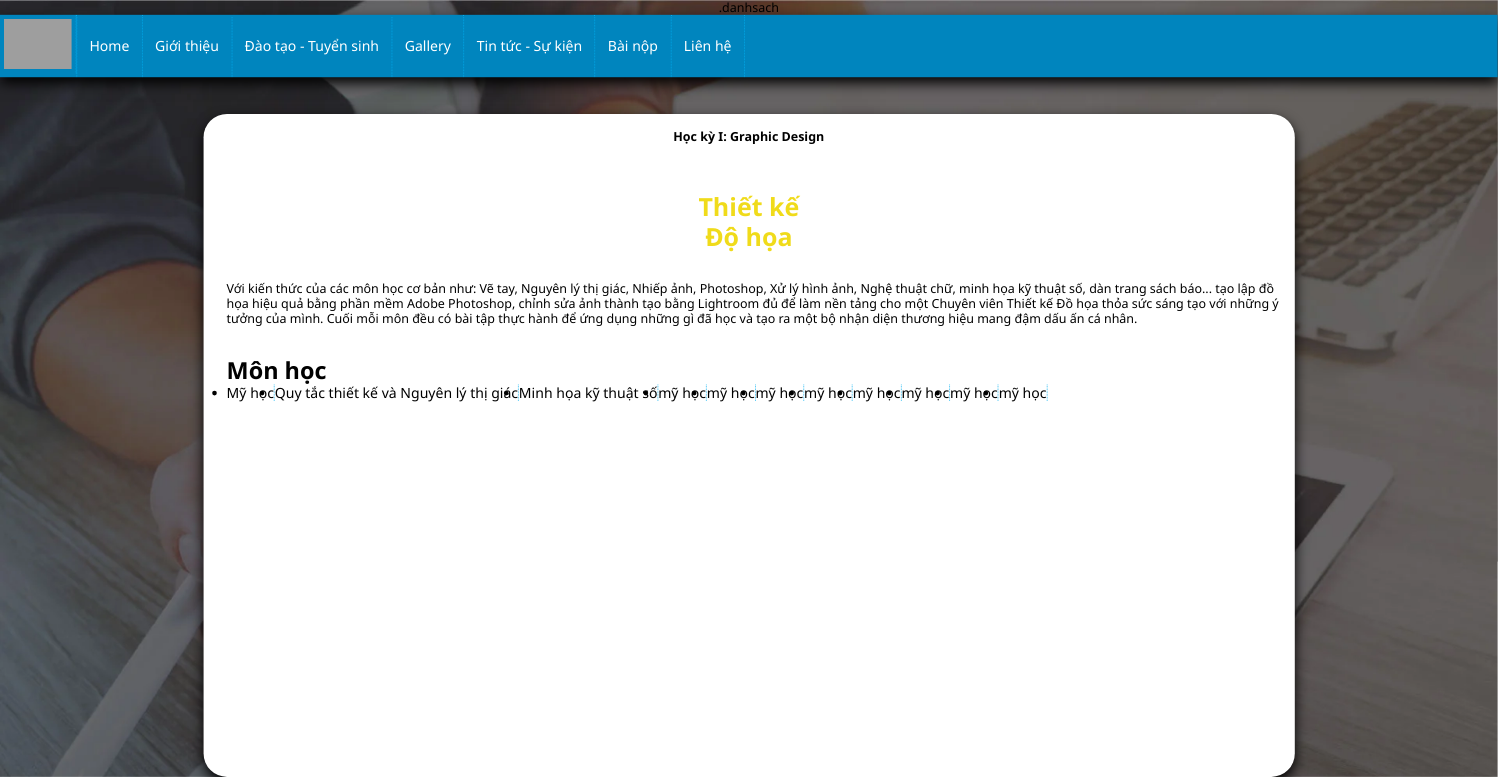
Repository: arena-dttan/dcw-final-exam-d2107m1
Page: final-list/DCW_Final_5_Nguyen-Thi-Thu-Huong_D2107M1/chuong-trinh-dao-tao.html
An editor plug-in stored every save of this project. The page is shown before and after the next save, followed by the edit.
The browser window is 1280 px wide. The page is 1920 px wide, so the pictures cover 1920 px, including what lies to the right of the window. The pictures show the whole page, at 78% of full size.
Pictures or frames that could not be fetched are drawn as grey boxes.

Above is the page before, as saved 2022-06-26 19:42:25.

### final-list/DCW_Final_5_Nguyen-Thi-Thu-Huong_D2107M1/chuong-trinh-dao-tao.html
<!DOCTYPE html>
<html>
<head>
    <meta charset="UTF-8">
    <link rel="stylesheet" href="index.css">
    <link rel="icon" href="./images/favicon.ico" />

</head>
<head>
    <!-- Các meta (siêu dữ liệu) -->
    <meta http-equiv="Content-Type" content="text/html; charset=utf-8" />

    <!-- Tiêu đề hiển thị trên thanh địa chỉ trình duyệt -->
    <title>Chương trình đào tạo</title>

    <!-- icon trên thanh địa chỉ trình duyệt -->
    <link rel="icon" href="./images/favicon.ico" />

    <!-- Sử dụng font google -->
    <link rel="preconnect" href="https://fonts.googleapis.com">
    <link rel="preconnect" href="https://fonts.gstatic.com" crossorigin>
    <link href="https://fonts.googleapis.com/css2?family=Roboto:wght@100&display=swap" rel="stylesheet">

    <!-- external css -->
    <link rel="stylesheet" href="./css/style.css">
    <link rel="stylesheet" href="./css/menu.css">
    <link rel="stylesheet" href="./index.css">

</head>
<body id="container">

    .danhsach
    <div id="main-menu">
        <ul class="menu">
            <li ><img style="height: 65px; margin: 5px;;" src="images/logo.webp" alt="logo"> </li>
            <li class="home">
            <a href="./index.html"> Home</a>
            </li>
            <li>
            <a href="./gioi-thieu.html"> Giới thiệu</a>
            </li>
            <li class="dropdown">
            <a class="dropdown-btn"> Đào tạo - Tuyển sinh</a>
            <div class="dropdown-content">
                <a href="./chuong-trinh-dao-tao.html">Đào tạo</a>
                <a href="./tuyen-sinh.html">Tuyển sinh</a>
            </div>
            <li>
                <a href="./gallery.html"> Gallery</a>
            </li>
            <li>
                <a href="./tin-tuc.html"> Tin tức - Sự kiện</a>
            </li>
            <li>
                <a href="./final-exam-list.html">Bài nộp</a>
            </li>

            <li>
                <a href="#">Liên hệ</a>
            </li>
            </li>
        </ul>
        <!-- id main content -->
        <div id="main-content-daotao">
            <div id="box-container"><b class="text-hocky">Học kỳ I: Graphic Design</b>
                <div class="content">
                    <h1 style="color:rgb(240, 219, 26);">Thiết kế <br>Độ họa</h1>
                    <br>
                    <br>
                        <p class="text"> Với kiến thức của các môn học cơ bản như: Vẽ tay, Nguyên lý thị giác, Nhiếp
                            ảnh, Photoshop, Xử lý hình ảnh, Nghệ thuật chữ, minh họa kỹ thuật số, dàn
                            trang sách báo... tạo lập đồ họa hiệu quả bằng phần mềm Adobe Photoshop,
                            chỉnh sửa ảnh thành tạo bằng Lightroom đủ để làm nền tảng cho một
                            Chuyên viên Thiết kế Đồ họa thỏa sức sáng tạo với những ý tưởng của mình.
                            Cuối mỗi môn đều có bài tập thực hành để ứng dụng những gì đã học và tạo
                            ra một bộ nhận diện thương hiệu mang đậm dấu ấn cá nhân.
                            <br>
                            <br>
                            <br>
                        </p>
                        <h3><b>Môn học</b></h3>
                        <ul class="a b">
                            <li>Mỹ học</li>
                            <li>Quy tắc thiết kế và Nguyên lý thị giác</li>
                            <li>Minh họa kỹ thuật số</li>
                            <li>mỹ học</li>
                            <li>mỹ học</li>
                            <li>mỹ học</li>
                            <li>mỹ học</li>
                            <li>mỹ học</li>
                            <li>mỹ học</li>
                            <li>mỹ học</li>
                            <li>mỹ học</li>
                           </ul>
                    </div>
                </div>
            </div>

        </div>
    </div>
</body>
</html>

### final-list/DCW_Final_5_Nguyen-Thi-Thu-Huong_D2107M1/index.css
/* Sử dụng cho định dạng main menu */
body, html {
    height: 100%;
    width: 1920px;
    background-image: url('images/head-bg.webp'); width: 1920px; height: 100%; background-repeat: no-repeat;
    font-family: 'Segoe UI';
}
* {
    margin: 0;
    padding: 0;
    box-sizing: border-box;
    align-items: center;
}
body {
    position: absolute;
}
#container {
    width: 1920px;
    height: 100%;
    justify-content: center;
    margin: 0;
    padding: 0;
}
#main-menu {
    max-width: 1920px;
    height: 100px;
    margin: 0;
    padding: 0;
}
.menu {
    height: 80px;
    line-height: 80px;
    text-align: center;
    justify-content: center;
    display: inline-block;
}
ul {
    list-style-type: none;
    overflow: hidden;
    background-color: #0085be;
    width: 100%;
    box-shadow: 0 8px 16px 0 rgba(0, 0, 0, 2);
    display: inline-block;
}
.home {
    border-left: 0.01em dotted #00aeef;
}
li {
    float: left;
    border-right: 0.01em dotted #00aeef;
    font-size: 18px;
}

li.dropdown {
    display: inline-block;
    min-width: 100px;
}

li a:hover,
.dropdown:hover {
    background: #00aeef;
}

li a,
.dropdown-btn {
    display: inline-block;
    color: white;
    text-align: center;
    padding: 0 16px;
    text-decoration: none;
}
.dropdown-content {
    display: none;
    position: absolute;
    background: #F8C800;
    background: #0085be;
    min-width: 200px;
    border-bottom: 0.01em dotted #00aeef;
    box-shadow: 0 8px 16px 0 rgba(0, 0, 0, 2);
    z-index: 1;
    top: 80px;
    transition: all .3s ease-in-out;
}
.dropdown-content a {
    color: white;
    padding: 10px 16px;
    text-decoration: none;
    display: block;
    text-align: center;
    line-height: 2;
}
.dropdown-content a:hover {
    background: #00aeef;
}
.dropdown:hover .dropdown-content {
    display: block;
}

.text {
    margin-left: 40px;
    padding-top: 150px;
}
.button {

    font-size: 18px;
    font-weight: bold;
    width: 180px;
    height: 50px;
    background: #F8C800;
    border-radius: 40px;
    border-color: inherit;
    border-style: none;
    color: white;
    margin-top: 390px;
    margin-left: 70px;
    display: block;
    position: absolute;
}
#main-content {
    width: 1920px;
    height: 100%;
    margin: 0;
    padding: 0;
    display: inline-block;
    align-items: center;
    justify-content: center;

}
#box-container {
    background-color: rgb(255, 255, 255);
    box-shadow: 0 8px 16px 0 rgba(0, 0, 0, 2);
    margin-top: 43px;
    background-color: rgb(255, 255, 255);
    box-shadow: 0 8px 16px 0 rgb(0 0 0);
    width: 1399px;
    height: 850px;
    border-radius: 55px;
    margin-left: auto;
    margin-right: auto;
    border-radius: 30px;

}
.content {
    margin: 30px;
    padding-top: 30px;
}
h1 {
    text-align: center;
}
p {
    float: left;
    position: relative;
    width: 600px;
    height: 350px;
    margin-left: 285px;
    text-align: justify;
}
span {
    position: relative;
    left: 65px;
}
img {
    float: left;
}
.clear {
    clear: both;
}
.text2 p {
    float: left;
    position: relative;
    text-align: justify;
    margin-left: 0;
    width: 500px;
    height: 350px;
}
.text2 span {
    position: relative;
    float: left;
    text-align: justify;
}
.img2 {
    float: left;
    margin-left: 245px;
    margin-top: 0;
}
#main-content-daotao {
    width: 1920px;
    height: 100%;
    margin: 0;
    padding: 0;

}
p.text {
    text-align: left;
    width: 1350px;
    height: 100%;
    margin-left: 0;
    padding: 0;
    text-align: left;

}
b.text-hocky {
    padding-top: 20px;
    position: relative;
    text-align: center;
    display: inline-block;
}
h3 {
    text-align: left;
    width: 1350px;
    height: 100%;
    margin-left: 0;
    padding: 0;
    text-align: left;
    font-size: 30px;
}

ul.a {
    all: unset
}
ul.a b {
    list-style-type: circle;
    display: block;
}

### final-list/DCW_Final_5_Nguyen-Thi-Thu-Huong_D2107M1/css/style.css
html {
    box-sizing: border-box;
    width: 100%;
    height: 100%;
}

body {
    width: 100%;
    height: 100%;
    background: url("../images/head-bg.webp");
    font-size: 16px;
    font-family: 'Segoe UI', Tahoma, Geneva, Verdana, sans-serif;
    line-height: 1.2;
}

* {
    margin: 0;
    padding: 0;
}

*,
*:before,
*:after {
    box-sizing: border-box;
}

input,
textarea,
select,
button {
    outline: none;
}

input {
    line-height: normal;
}

label,
button {
    cursor: pointer;
}

a {
    text-decoration: none;
}

img {
    display: block;
    max-width: 100%;
}

#container {
    width: 100%;
    height: 100%;
    text-align: center;
}

#logo {
    float: left;
}

#logo img {
    width: 130px;
    padding: 10px;
}

#header {
    background: #0085be;
    box-shadow: 0 8px 16px 0 rgba(0, 0, 0, 2);
}

#banner img {
    height: 500px;
    width: 100%;
}

#content-index {
    margin: 100px 10px 10px 50px;
}

.btn {
    width: 150px;
    height: 40px;
    line-height: 40px;
    background: #F8C800;
    display: block;
    text-align: center;
    text-transform: uppercase;
    font-weight: bold;
    border-radius: 2em;
    -webkit-border-radius: 2em;
    -moz-border-radius: 2em;
    -ms-border-radius: 2em;
    -o-border-radius: 2em;
    margin: 20px 50px;
}

.btn a {
    color: white;
}

#main-content {
    background: none;
    min-height: 400px;
    margin: 40px;
}

#main-page {
    background: white;
    color: black;
    border: 1px solid blue;
    border-radius: 3em;
    width: 80%;
    min-height: 400px;
    padding: 20px;
    display: inline-block;
    box-sizing: border-box;
    margin-bottom: 40px;
}

.content img {
    width: 450px;
    height: 250px;
}

.text-uppercase {
    text-transform: uppercase;
}

.main-title {
    color: #F8C800;
    font-size: 30px;
    font-weight: 700 !important;
    margin: 30px 0;
}

.normal-list {
    list-style-type: disc;
    margin: 10px;
    padding: 10px;
    overflow: visible;
    background: none;
}

.normal-list li {
    clear: both;
}

h4 {
    text-align: left;
    font-size: 20px;
}

h3 {
    padding-bottom: 20px;
}

hr {
    margin: 10px 0;
}

p {
    text-align: justify;
}

### final-list/DCW_Final_5_Nguyen-Thi-Thu-Huong_D2107M1/css/menu.css
/* Sử dụng cho định dạng main menu */

.menu {
    height: 80px;
    line-height: 80px;
}

.home {
    border-left: 0.01em dotted #00aeef;
}

ul {
    list-style-type: none;
    margin: 0;
    padding: 0;
    overflow: hidden;
    /* background: #F8C800; */
    background: #0085be;
    /* box-shadow: 0 8px 16px 0 rgba(0, 0, 0, 2); */
}

li {
    float: left;
    border-right: 0.01em dotted #00aeef;
    font-size: 18px;
}

li.dropdown {
    display: inline-block;
    min-width: 100px;
}

li a:hover,
.dropdown:hover {
    background: #00aeef;
}

li a,
.dropdown-btn {
    display: inline-block;
    color: white;
    text-align: center;
    padding: 0 16px;
    text-decoration: none;
}

.dropdown-content {
    display: none;
    position: absolute;
    /*background: #F8C800;
    */
    background: #0085be;
    min-width: 200px;
    border-bottom: 0.01em dotted #00aeef;
    box-shadow: 0 8px 16px 0 rgba(0, 0, 0, 2);
    z-index: 1;
    top: 80px;
    transition: all .3s ease-in-out;
}

.dropdown-content a {
    color: white;
    padding: 10px 16px;
    text-decoration: none;
    display: block;
    text-align: center;
    line-height: 2;
}

.dropdown-content a:hover {
    background: #00aeef;
}

.dropdown:hover .dropdown-content {
    display: block;
}

After the next save:
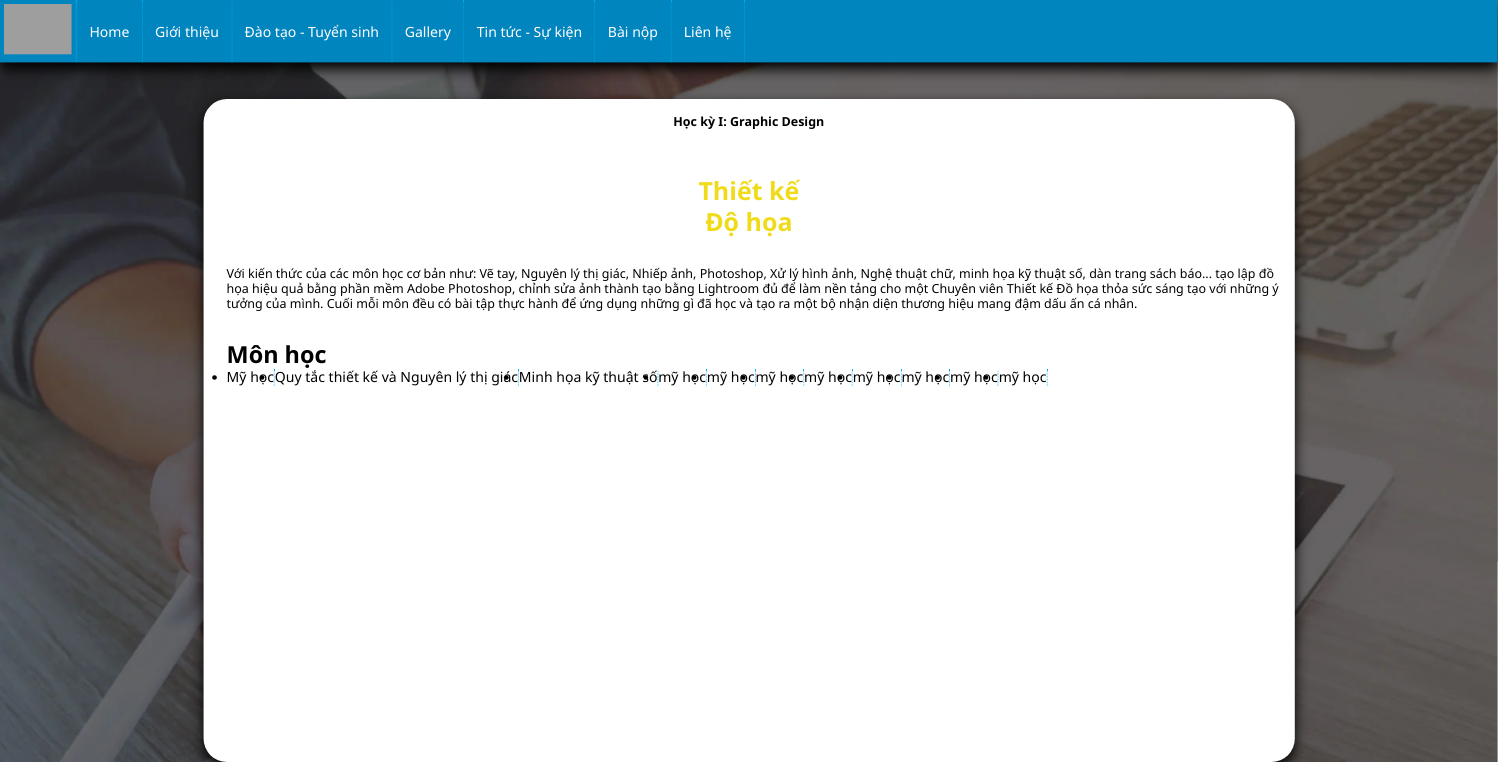
Saved 4 s later.
--- a/final-list/DCW_Final_5_Nguyen-Thi-Thu-Huong_D2107M1/chuong-trinh-dao-tao.html
+++ b/final-list/DCW_Final_5_Nguyen-Thi-Thu-Huong_D2107M1/chuong-trinh-dao-tao.html
@@ -29,7 +29,7 @@
 </head>
 <body id="container">
 
-    .danhsach
+    <div class="danhsach"></div>
     <div id="main-menu">
         <ul class="menu">
             <li ><img style="height: 65px; margin: 5px;;" src="images/logo.webp" alt="logo"> </li>
